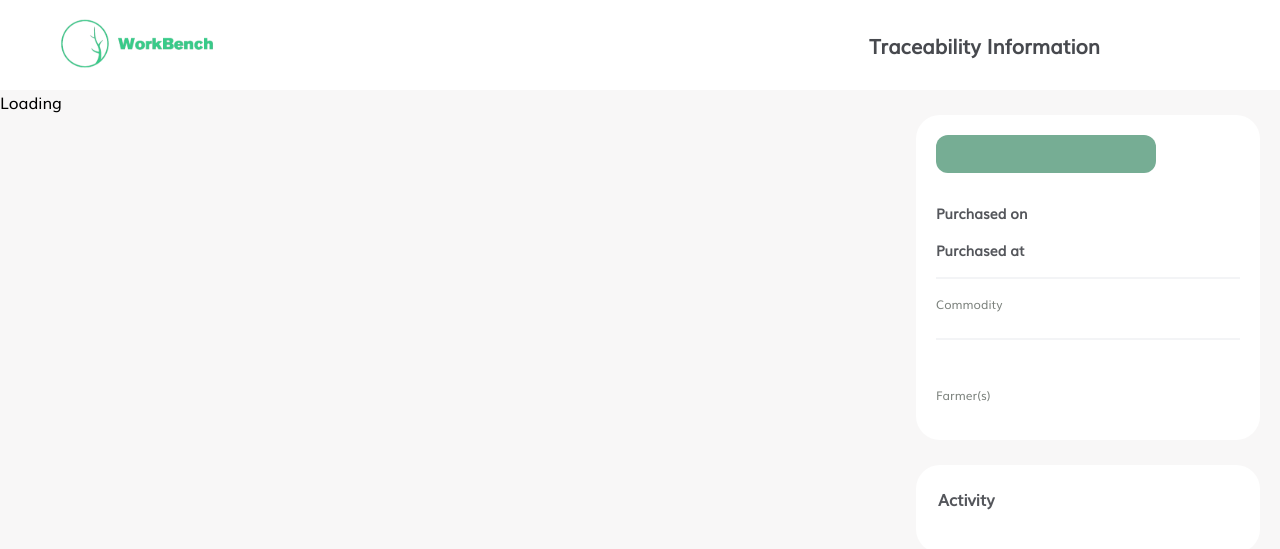
Repository: Hamezry/Traceability-Page
Page: /
These files come from the project's save history. The page is drawn as it stood at one moment and after the next save; the edit follows.
The browser window is 1280 px wide. The pictures show the whole page.
The page's requests for data from a server got no answer. The project was rebuilt for these pictures with package versions that can differ from the ones it lists, and the page was loaded fresh each time. No one was signed in, and anything a server would have sent is missing.

Above is the page before, as saved 2022-09-18 09:06:03.

After the next save:
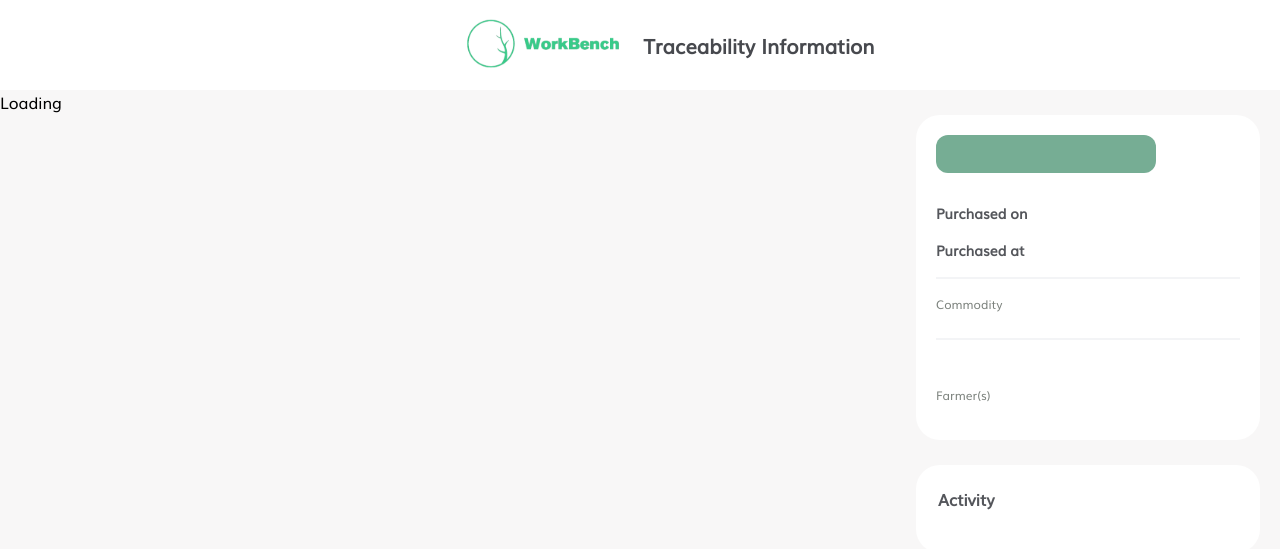
Saved 51 s later.
--- a/src/components/Navbar.js
+++ b/src/components/Navbar.js
@@ -3,10 +3,10 @@ import logo from '../Assets/logo.svg'
 
 const Navbar = () => {
   return (
-    <div className='w-full flex justify-center h-[90px] bg-white sticky font-muli  z-30  top-0 lg:items-center lg:justify-between '>
+    <div className='w-full flex justify-center h-[90px] bg-white sticky font-muli  z-30  top-0 lg:items-center'>
 
         <img src= {logo} alt='nav-icon' className='h-[80px] w-[188px] lg:ml-[50px]'/>
-        <p className='hidden lg:block mr-[230px] lg:mr-[180px] 2xl:mr-[290px] text-[#47494E] font-semibold  text-[20px]'>Traceability Information</p>
+        <p className='hidden lg:block text-[#47494E] font-semibold  text-[20px]'>Traceability Information</p>
 
     </div>
   )
